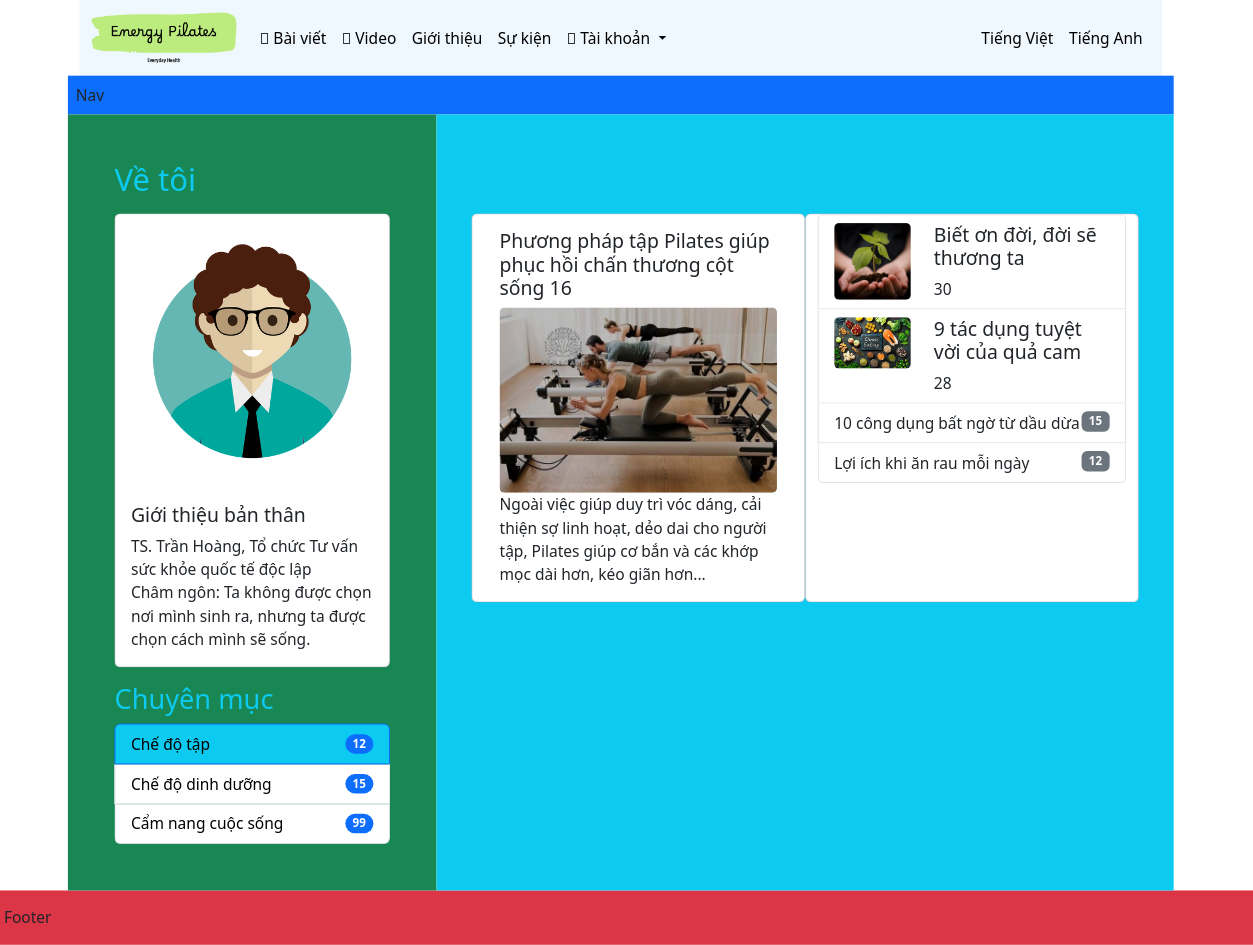
Repository: KizukoHeiwa/SOF308
Page: Lab1/index.html
The author's editor kept a copy of each file at every save. The page is drawn from the files as they stood at one save, then again after a run of saves.
The browser window is 1280 px wide. The page is 1292 px wide, so the pictures cover 1292 px, including what lies to the right of the window. The pictures show the whole page, at 97% of full size.

Above is the page before, as saved 2024-10-31 10:37:56.

After the next 2 saves:
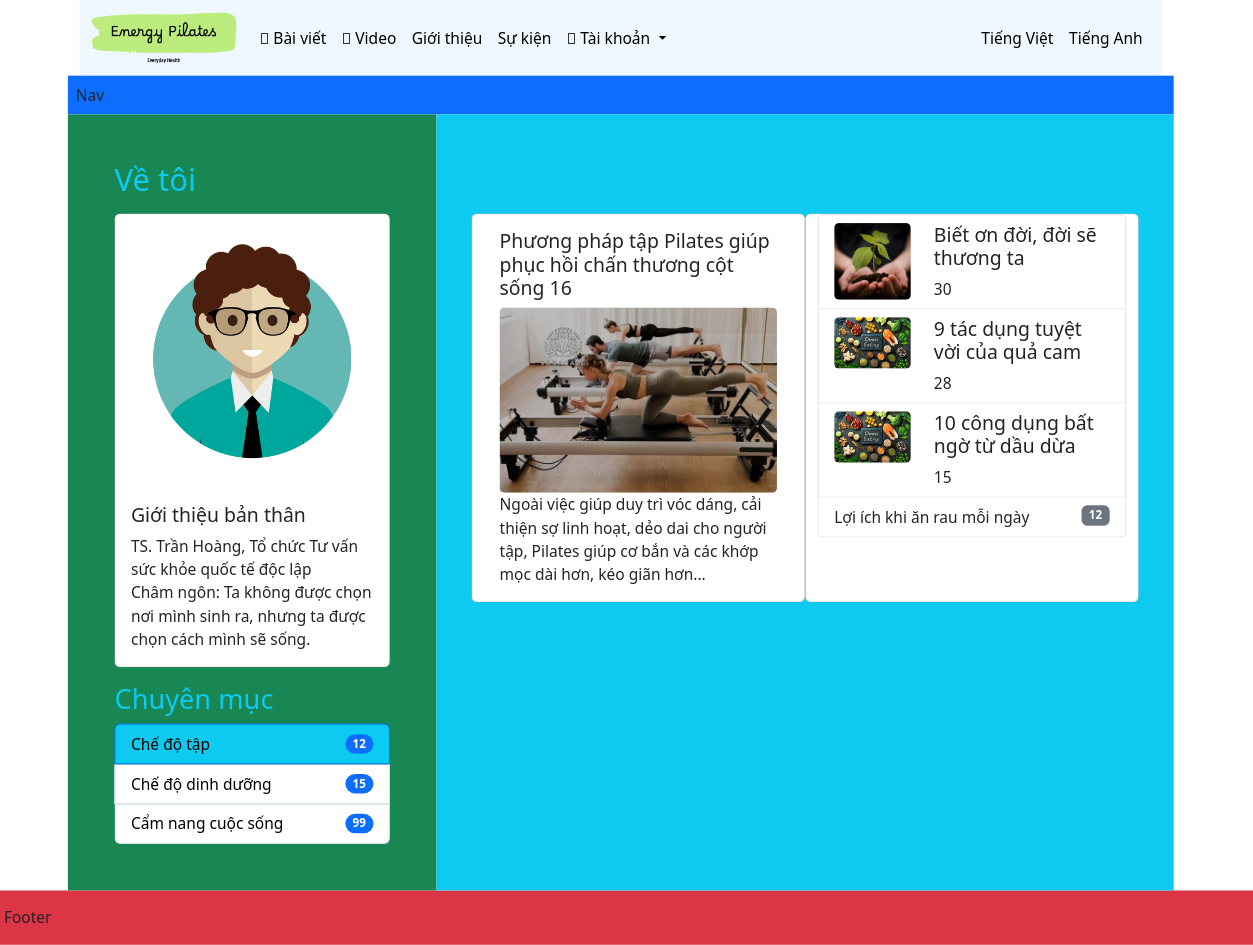
The 2 saves are shown as one change because they came seconds apart.
The last was saved 45 s later.
--- a/Lab1/index.html
+++ b/Lab1/index.html
@@ -137,8 +137,15 @@
                                     </div>
                                 </li>
                                 <li class="list-group-item d-flex justify-content-between align-items-start">
-                                    10 công dụng bất ngờ từ dầu dừa
-                                    <span class="badge bg-secondary">15</span>
+                                    <div class="row">
+                                        <div class="col-4">
+                                            <img src="img/eat-clean.png" alt="" class="card-img">
+                                        </div>
+                                        <div class="col-8">
+                                            <h5>10 công dụng bất ngờ từ dầu dừa</h5>
+                                            <span>15</span>
+                                        </div>
+                                    </div>
                                 </li>
                                 <li class="list-group-item d-flex justify-content-between align-items-start">
                                     Lợi ích khi ăn rau mỗi ngày
